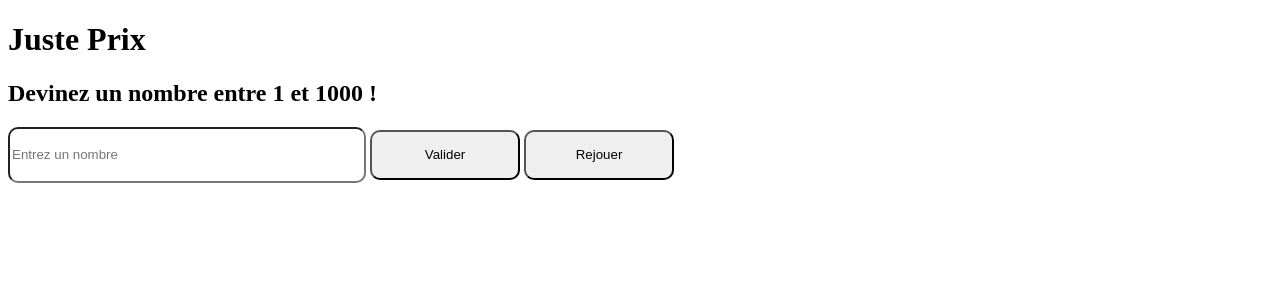
Repository: Coumba25040/coumbaProjet
Page: coursDom/justePrix.html
These files come from the project's save history. The page is drawn as it stood at one moment and after the next save; the edit follows.
The browser window is 1280 px wide. The pictures show the whole page.

Above is the page before, as saved 2025-06-04 17:56:16.

After the next save:
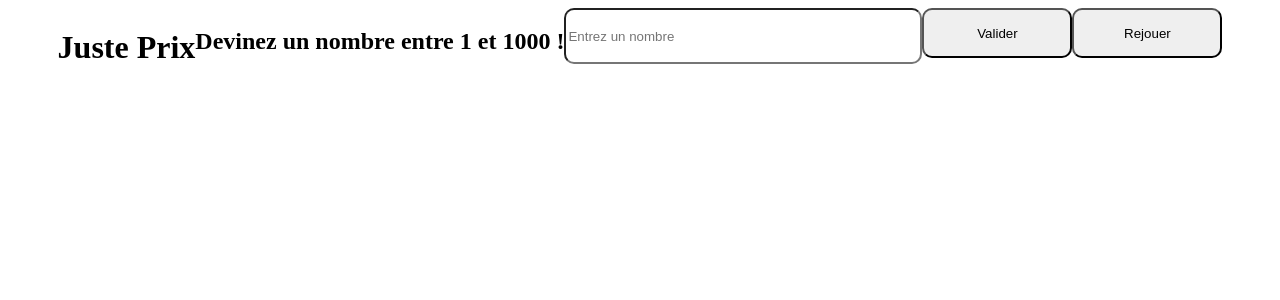
Saved 31 s later.
--- a/coursDom/justePrix.css
+++ b/coursDom/justePrix.css
@@ -1,5 +1,6 @@
 body{
-    flex-direction: column;
+    display: flex;
+    justify-content: center;
 }
 input{
     height: 50px;

After the save that followed:
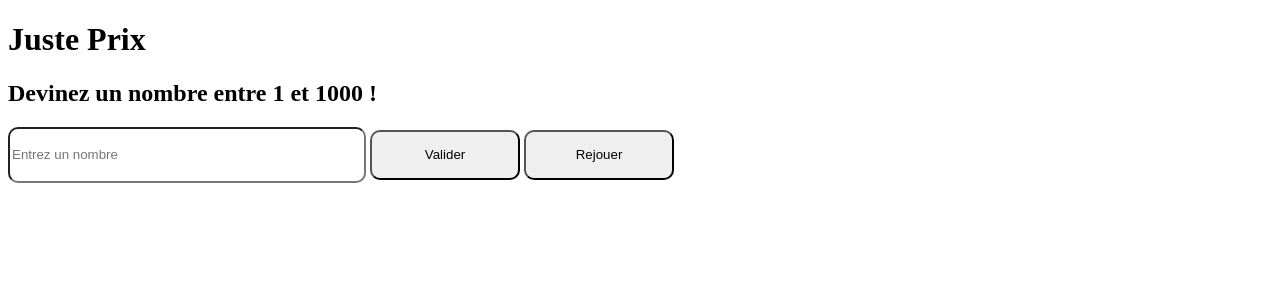
Saved 17 s later.
--- a/coursDom/justePrix.css
+++ b/coursDom/justePrix.css
@@ -1,6 +1,5 @@
 body{
-    display: flex;
-    justify-content: center;
+
 }
 input{
     height: 50px;
